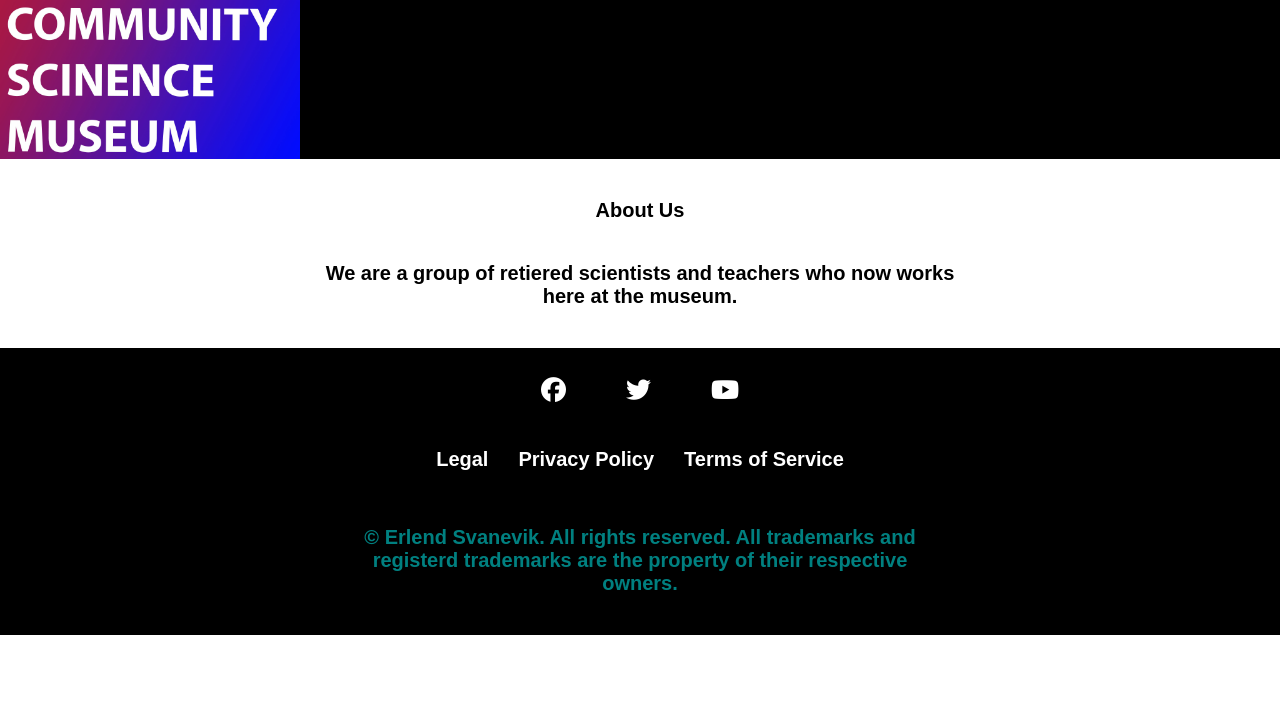
Repository: EpleWasTaken/Semester-Project
Page: about.html
The author's editor kept a copy of each file at every save. The page is drawn from the files as they stood at one save, then again after the next save.
The browser window is 1280 px wide. The pictures show the whole page.
Some web libraries are served in a nearby version.

Above is the page before, as saved 2020-12-04 16:51:59.

### about.html
<!DOCTYPE html>
<html lang="en">
<head>
    <meta charset="UTF-8">
    <meta name="viewport" content="width=device-width, initial-scale=1.0">
    <meta name="keywords" content="museum, science museum, community museum">
    <meta name="author" content="Erlend Molvik Svanevik">
    <title>CMS About</title>

    <link rel="stylesheet" href="./css/styles.css">
    <link rel="stylesheet" href="./css/footer.css">
    <script src="https://kit.fontawesome.com/cafca22d75.js" crossorigin="anonymous"></script>
</head>


<!--NAVIGAION, LOGO AND SEARCH BAR-->


<body>
    <header>
        <div class="logo-container">
            <a href="index.html" aria-label="Go to frontpage">
                <img src="/Images/CommunityScienceMuseum.jpg" class="logo" alt="Community Science Museum logo">
            </a>
        </div>
        <label class="hamburger-menu" for="hamburger-menu" aria-label="Hamburger menu for navigation"><i class="fas fa-bars fa-2x"></i></label>
        <input type="checkbox" id="hamburger-menu">
        <nav>
            <div class="nav-container">
                <ul>
                    <h2>Menu</h2>
                    <li><a href="index.html" aria-label="Go to home page">Home</a></li>
                    <li><a href="visit.html" aria-label="Go to the visit page">Visit</a></li>
                    <li><a href="to-see-and-do.html" aria-label="Go to: To see and do">To see and do</a></li>
                    <li><a href="contact.html" aria-label="Go to the contact page">Contact</a></li>
                    <li><a href="about.html" aria-label="Go to the about page">About</a></li>
                </ul>
            </div>
        </nav>
    </header>


<main>
    <div class="about-container">
        <div class="about-page">
            <h2>About Us</h2>
            <p>We are a group of retiered scientists and teachers who now works here at the museum.</p>
</main>





<!--FOOTER, TOS/LEGAL/PRIVACY-POLICY AND SOCIALS-->


    <footer class="footer">
        <div class="footer-container">
            <ul class="footer-social">
                <li>
                    <a href="#0" class="facebook"><i class="fab fa-facebook"></i></a>
                </li>
                <li>
                    <a href="#0" class="twitter"><i class="fab fa-twitter"></i></a>
                </li>
                <li>
                    <a href="#0" class="youtube"><i class="fab fa-youtube"></i></a>
                </li>
            </ul>
        </div>
        <div class="footer-container">
            <div class="footer-legal">
                <a href="#0">Legal</a>
                <a href="#0">Privacy Policy</a>
                <a href="#0">Terms of Service</a>
            </div>
            <div class="footer-copyright">
                <p>&copy; Erlend Svanevik. All rights reserved. All trademarks and registerd trademarks are the property of
                   their respective owners.
                </p>
            </div>
        </div>
    </footer>
</body>
</html>

### css/styles.css
* {
	margin: 0px;
	padding: 0px;
	box-sizing: border-box;
}

body {
	font-family: 'poppins', sans seriff;
	background-color: white;
}

header {
	display: flex;
	background-color: black;
}

.logo {
	max-width: 125px;
}

.logo-container {
	height: 66.41px;
}

/* NAVIGATION/HAMBURGER MENU/CLICKEBLE
-------------------------------------------*/

nav {
	display: none;
}

label {
	display: block;
	height: 48px;
	padding: 16px;
	position: absolute;
	right: 0;
	top: 0;
	color: white;
	z-index: 1;
}

.nav-container {
	display: flex;
	flex-direction: column;
	align-items: center;
	position: fixed;
	top: 0;
	right: 0;
	background-color: black;
	width: 100%;
	height: 100vh;
	justify-content: center;
}

ul a {
	display: flex;
	text-decoration: none;
	font-size: 25px;
	justify-content: space-between;
	list-style-type: none;
	color: white;
	margin: 15px;
	font-weight: 400;
	align-items: center;
}

ul h2 {
	display: flex;
	text-decoration: underline;
	font-size: 35px;
	justify-content: space-between;
	list-style-type: none;
	color: white;
	margin: 25px;
	font-weight: 600;
	align-items: center;
}

ul {
	display: flex;
	flex-direction: column;
	justify-content: center;
	align-items: center;
}

#hamburger-menu {
	display: none;
}

#hamburger-menu:checked ~ nav {
	display: block;
}

/*PICTURES
-----------------------------------------------*/

.homepic {
	width: auto;
	max-width: 100%;
	height: auto;
}

/**/

h1 {
	display: flex;
	align-items: center;
	justify-content: center;
	font-family: 'poppins', sans-serif;
	margin-left: auto;
	margin-right: auto;
	font-weight: 600;
	font-size: 30px;
	margin: 40px;
	text-align: center;
}

h3 {
	display: flex;
	align-items: center;
	justify-content: center;
	font-family: 'poppins', sans-serif;
	font-weight: 600;
	font-size: 20px;
	margin: 40px;
	text-align: center;
}

h2 {
	display: flex;
	align-items: center;
	justify-content: center;
	font-family: 'poppins', sans-serif;
	margin-left: auto;
	margin-right: auto;
	font-weight: 600;
	font-size: 20px;
	margin: 40px;
	text-align: center;
}

p {
	display: flex;
	align-items: center;
	justify-content: center;
	font-family: 'poppins', sans-serif;
	font-weight: 600;
	font-size: 15px;
	margin: 40px;
	max-width: 70%;
	margin-left: auto;
	margin-right: auto;
	text-align: center;
}

.open-hours p {
	margin: 20px;
	margin-left: auto;
	margin-right: auto;
	align-items: center;
	justify-content: center;
	text-align: center;
}

.footer-copyright {
	display: flex;
	flex-direction: column;
	justify-content: center;
	align-items: center;
	text-align: center;
}

@media screen and (min-width: 1024px) {
	header {
		height: 159.38px;
	}

	.logo {
		display: flex;

		max-width: 300px;
	}

	.hamburger-menu {
		display: none;
	}

	.homepic {
		display: flex;
		flex-direction: column;
		justify-content: center;
		align-items: center;
		max-width: 1664px;
		margin-left: auto;
		margin-right: auto;
	}

	h1 {
		display: flex;
		align-items: center;
		justify-content: center;
		font-family: 'poppins', sans-serif;
		font-weight: 600;
		font-size: 60px;
		margin: 40px;
	}

	p {
		display: flex;
		align-items: center;
		justify-content: center;
		font-family: 'poppins', sans-serif;
		font-weight: 600;
		font-size: 20px;
		margin: 40px;
		max-width: 50%;
		margin-left: auto;
		margin-right: auto;
	}

	h3 {
		display: flex;
		align-items: center;
		justify-content: center;
		font-family: 'poppins', sans-serif;
		font-weight: 600;
		font-size: 40px;
		margin: 40px;
	}
}

### css/footer.css
/* FOOTER */

* {
	padding: 0;
	margin: 0;
	box-sizing: border-box;
}

footer {
	display: flex;
	flex-direction: column;
	justify-content: center;
	align-items: center;
	background-color: black;
	font-family: 'Poppins', sans-serif;
	font-weight: 600;
}

.footer-container {
	display: flex;
	flex-direction: column;
	justify-content: center;
	align-items: center;
}

.footer-social {
	font-size: 35px;
}

.footer-social li a {
	color: white;
}

.footer-legal {
	display: flex;
	flex-direction: column;
	text-decoration: none;
	align-items: center;
	justify-content: center;
	font-size: 20px;
}

.footer-legal a {
	display: flex;
	text-decoration: none;
	flex-direction: column;
	padding: 15px;
}

.footer-social li a.facebook:hover {
	color: #3b5998;
}

.footer-social li a.twitter:hover {
	color: #00acee;
}

.footer-social li a.youtube:hover {
	color: #c4302b;
}

.footer-legal a {
	color: white;
}

.footer-legal a:hover {
	color: #021859;
}

.footer-copyright {
	display: flex;
	flex-direction: column;
	text-decoration: none;
	font-size: 14px;
	color: teal;
}

ul {
	list-style: none;
}

@media screen and (min-width: 1024px) {
	.footer-legal {
		display: flex;
		flex-direction: row;
		justify-content: center;
		align-items: center;
	}

	.footer-legal a {
		display: flex;
		flex-direction: row;
		justify-content: center;
		align-items: center;
		padding: 15px;
	}

	.footer-social {
		display: flex;
		flex-direction: row;
		justify-content: center;
		align-items: center;
		text-decoration: none;
	}

	.footer-container {
		text-decoration: none;
	}

	.footer-social li {
		display: flex;
		flex-direction: row;
		text-decoration: none;
		margin: 15px;
	}
}

After the next save:
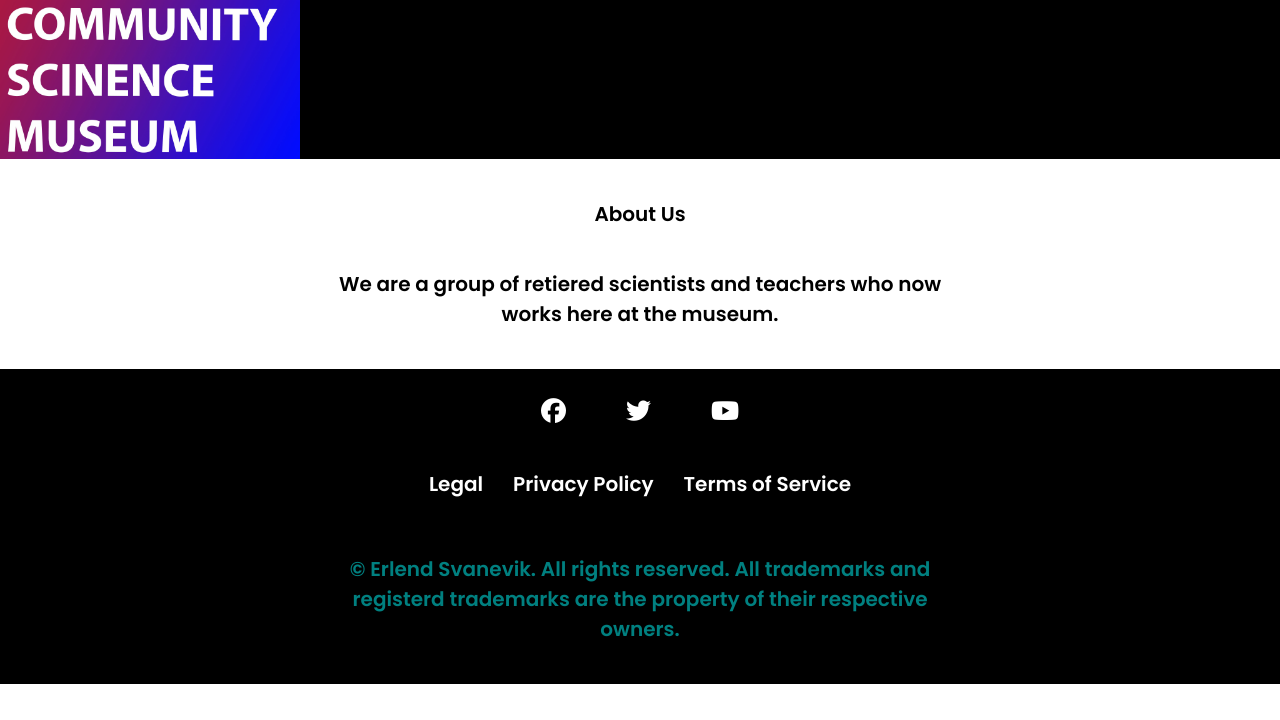
Saved 1 s later.
--- a/about.html
+++ b/about.html
@@ -7,6 +7,8 @@
     <meta name="author" content="Erlend Molvik Svanevik">
     <title>CMS About</title>
 
+    <link rel="preconnect" href="https://fonts.gstatic.com">
+    <link href="https://fonts.googleapis.com/css2?family=Poppins:ital,wght@0,100;0,200;0,300;0,400;0,500;0,600;1,100;1,200;1,300;1,400;1,500;1,600&display=swap" rel="stylesheet">
     <link rel="stylesheet" href="./css/styles.css">
     <link rel="stylesheet" href="./css/footer.css">
     <script src="https://kit.fontawesome.com/cafca22d75.js" crossorigin="anonymous"></script>
